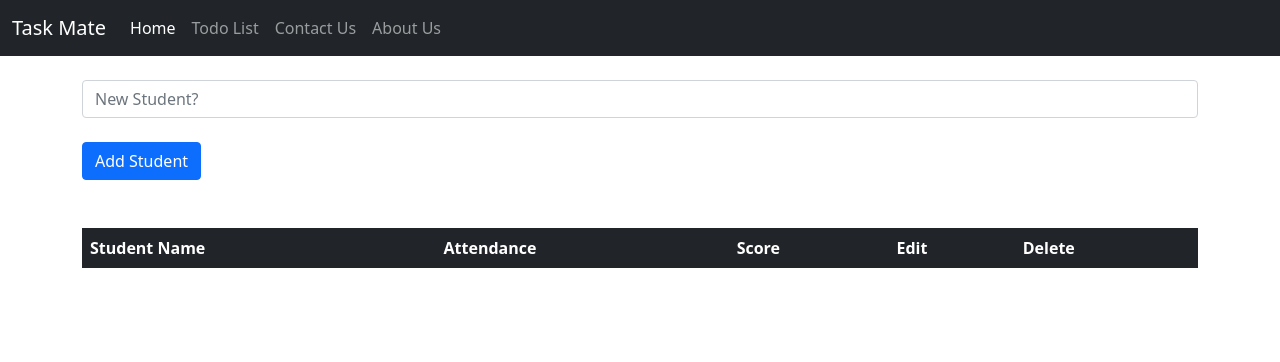
Repository: itathagata/Registration_System
Page: http://localhost/todolist/?pg=1
The author's editor kept a copy of each file at every save. The page is drawn from the files as they stood at one save, then again after the next save.
The browser window is 1280 px wide. The pictures show the whole page.
The page is served by the project's application, run on Django 2.2 (manage.py). Other server files are loaded and not shown. Queries for data that is not in the repository find no rows.

Above is the page before, as saved 2021-06-04 03:48:11.

### todolist_app/views.py
from django.http.response import HttpResponse
from django.shortcuts import redirect, render
from django.http import HttpResponse
from todolist_app.models import TaskList
from todolist_app.forms import TaskForm
from django.contrib import messages
from django.core.paginator import Paginator
# Create your views here.
context = {'welcome':"Welcome to Todo List Page.",
    'contact_text':"Welcome to Todo List Contact Page.",
    'about_text':"Welcome to Todo List About Page."}
def todolist(request):
    if request.method == "POST":
        form = TaskForm(request.POST or None)
        if form.is_valid():
            form.save()
        messages.success(request,("New Student Added!"))
        return redirect('todolist')
    else:
        all_tasks = TaskList.objects.all()
        paginator = Paginator(all_tasks, 3)
        page = request.GET.get('pg')
        all_tasks = paginator.get_page(page)
        return render(request, 'todolist.html',{'all_tasks':all_tasks})



def complete_task(request,task_id):
    task = TaskList.objects.get(pk=task_id)
    task.Attendance = True
    task.save()
    return redirect('todolist')


def pending_task(request,task_id):
    task = TaskList.objects.get(pk=task_id)
    task.Attendance = False
    task.save()
    return redirect('todolist')

def delete_task(request,task_id):
    task = TaskList.objects.get(pk=task_id)
    task.delete()
    return redirect('todolist')




def edit_task(request,task_id):
    if request.method == "POST":
        task = TaskList.objects.get(pk=task_id)
        form = TaskForm(request.POST or None,instance=task)
        if form.is_valid():
            form.save()
        messages.success(request,("Edited!"))
        return redirect('todolist')
    else:
        task_obj = TaskList.objects.get(pk=task_id)
        return render(request, 'edit.html',{'task_obj':task_obj})


def contact(request):
    return render(request, 'contact.html',context)
def about(request):
    return render(request, 'about.html',context)

### todolist_app/templates/todolist.html
{% extends 'base.html' %}
{% block title %}
<title>TodoList Manager</title>
{% endblock title %}

{% block content %}
<div class="container">
</br>

  {%if messages%}
    {% for message in messages %}
      <div class="alert alert-warning alert-dismissible fade show" role="alert">
          {{ message }}
        <button type="button" class="btn-close" data-bs-dismiss="alert" aria-label="Close">
         </button>
      </div>
    {% endfor %}
  {% endif %}


  <form method="POST">
    {%csrf_token%}
    <div class="form-group">
          <input type="text" class="form-control" name="task" placeholder="New Student?">
    </div>
    </br>
    <button type="submit" class="btn btn-primary">Add Student</button>
  </form>

</br>
</br>
    <table class="table table-dark table-hover">
  <thead>
    <tr>
      <th scope="col">Student Name</th>
      <th scope="col">Attendance</th>
      <th scope="col">Score</th>
      <th scope="col">Edit</th>
      <th scope="col">Delete</th>
    </tr>
  </thead>
    <tbody>
    {% if all_tasks %}
      {%for obj in all_tasks%}
        {% if obj.Attendance %}
            <tr class="table-success">
            <td>{{ obj.id }} | {{ obj.Student_Name }}</td>
            <td><a href="{% url 'pending_task' obj.id %}">Mark as unsafe</a></td>
            <td>{{ obj.Score }}</td>
            <td><a href="{% url 'edit_task' obj.id %}">Edit</a></td>
            <td><a href="{% url 'delete_task' obj.id %}">Delete</a></td>
            </tr>
        {% else %}
            <tr class="table-danger">
            <td>{{ obj.id }} | {{ obj.Student_Name }}</td>
            <td><a href="{% url 'complete_task' obj.id %}">Mark as safe</a></td>
            <td>{{ obj.Score }}</td>
            <td><a href="{% url 'edit_task' obj.id %}">Edit</a></td>
            <td><a href="{% url 'delete_task' obj.id %}">Delete</a></td>
            </tr>
        {% endif %}
       {% endfor %}
    {% endif %}
     </tbody>
</table>
    </div>
{% endblock content %}

### templates/base.html
<!doctype html>
<html lang="en">
  <head>
    <!-- Required meta tags -->
    <meta charset="utf-8">
    <meta name="viewport" content="width=device-width, initial-scale=1">

    <!-- Bootstrap CSS -->
    <link href="https://cdn.jsdelivr.net/npm/bootstrap@5.0.1/dist/css/bootstrap.min.css" rel="stylesheet" integrity="sha384-+0n0xVW2eSR5OomGNYDnhzAbDsOXxcvSN1TPprVMTNDbiYZCxYbOOl7+AMvyTG2x" crossorigin="anonymous">

    {% block title %}{% endblock title %}
    <nav class="navbar navbar-expand-lg navbar-dark bg-dark">
  <div class="container-fluid">
    <a class="navbar-brand" href="#">Task Mate</a>
    <button class="navbar-toggler" type="button" data-bs-toggle="collapse" data-bs-target="#navbarNavAltMarkup" aria-controls="navbarNavAltMarkup" aria-expanded="false" aria-label="Toggle navigation">
      <span class="navbar-toggler-icon"></span>
    </button>
    <div class="collapse navbar-collapse" id="navbarNavAltMarkup">
      <div class="navbar-nav">
        <a class="nav-link active" aria-current="page" href="{% url 'todolist'%}">Home</a>
        <a class="nav-link" href="{% url 'todolist'%}">Todo List</a>
        <a class="nav-link" href="{% url 'contact'%}">Contact Us</a>
        <a class="nav-link" href="{% url 'about'%}">About Us</a>
      </div>
    </div>
  </div>
</nav>
  </head>
  <body>
  {% block content %}{% endblock content %}

    <!-- Optional JavaScript; choose one of the two! -->

    <!-- Option 1: Bootstrap Bundle with Popper -->
    <script src="https://cdn.jsdelivr.net/npm/bootstrap@5.0.1/dist/js/bootstrap.bundle.min.js" integrity="sha384-gtEjrD/SeCtmISkJkNUaaKMoLD0//ElJ19smozuHV6z3Iehds+3Ulb9Bn9Plx0x4" crossorigin="anonymous"></script>

    <!-- Option 2: Separate Popper and Bootstrap JS -->
    <!--
    <script src="https://cdn.jsdelivr.net/npm/@popperjs/core@2.9.2/dist/umd/popper.min.js" integrity="sha384-IQsoLXl5PILFhosVNubq5LC7Qb9DXgDA9i+tQ8Zj3iwWAwPtgFTxbJ8NT4GN1R8p" crossorigin="anonymous"></script>
    <script src="https://cdn.jsdelivr.net/npm/bootstrap@5.0.1/dist/js/bootstrap.min.js" integrity="sha384-Atwg2Pkwv9vp0ygtn1JAojH0nYbwNJLPhwyoVbhoPwBhjQPR5VtM2+xf0Uwh9KtT" crossorigin="anonymous"></script>
    -->
  </body>
</html>

### taskmate/urls.py

from django.contrib import admin
from django.urls import path, include

urlpatterns = [
    path('admin/', admin.site.urls),
    path('todolist', include('todolist_app.urls'))
]

### todolist_app/urls.py
from todolist_app import views
from django.urls import path
urlpatterns = [
    path('/', views.todolist, name='todolist'),
    path('/delete/<task_id>', views.delete_task, name='delete_task'),
    path('/edit/<task_id>', views.edit_task, name='edit_task'),
    path('/complete/<task_id>', views.complete_task, name='complete_task'),
    path('/pending/<task_id>', views.pending_task, name='pending_task'),
    path('/contact', views.contact, name='contact'),
    path('/about-us', views.about, name='about'),

]

After the next save:
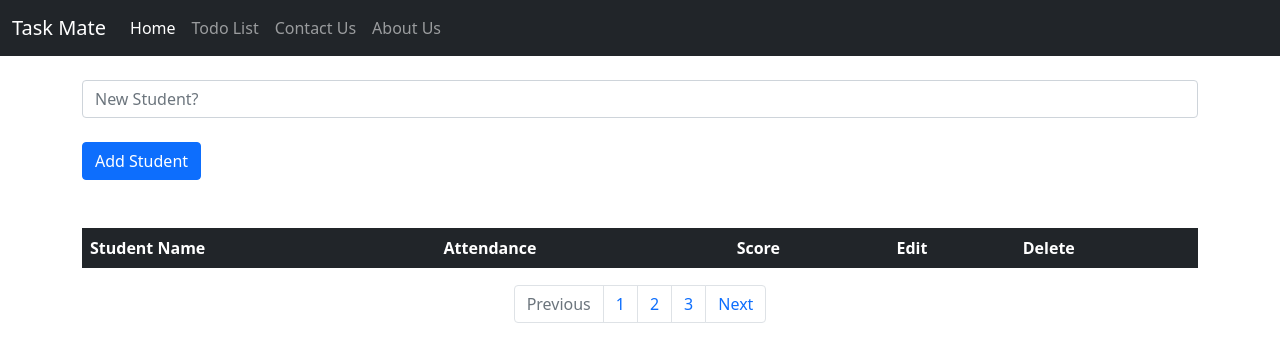
Saved 2 min 1 s later.
--- a/todolist_app/templates/todolist.html
+++ b/todolist_app/templates/todolist.html
@@ -63,5 +63,21 @@
     {% endif %}
      </tbody>
 </table>
+
+
+<nav aria-label="Page navigation example">
+  <ul class="pagination justify-content-center">
+    <li class="page-item disabled">
+      <a class="page-link" href="#" tabindex="-1" aria-disabled="true">Previous</a>
+    </li>
+    <li class="page-item"><a class="page-link" href="#">1</a></li>
+    <li class="page-item"><a class="page-link" href="#">2</a></li>
+    <li class="page-item"><a class="page-link" href="#">3</a></li>
+    <li class="page-item">
+      <a class="page-link" href="#">Next</a>
+    </li>
+  </ul>
+</nav>
+
     </div>
 {% endblock content %}
